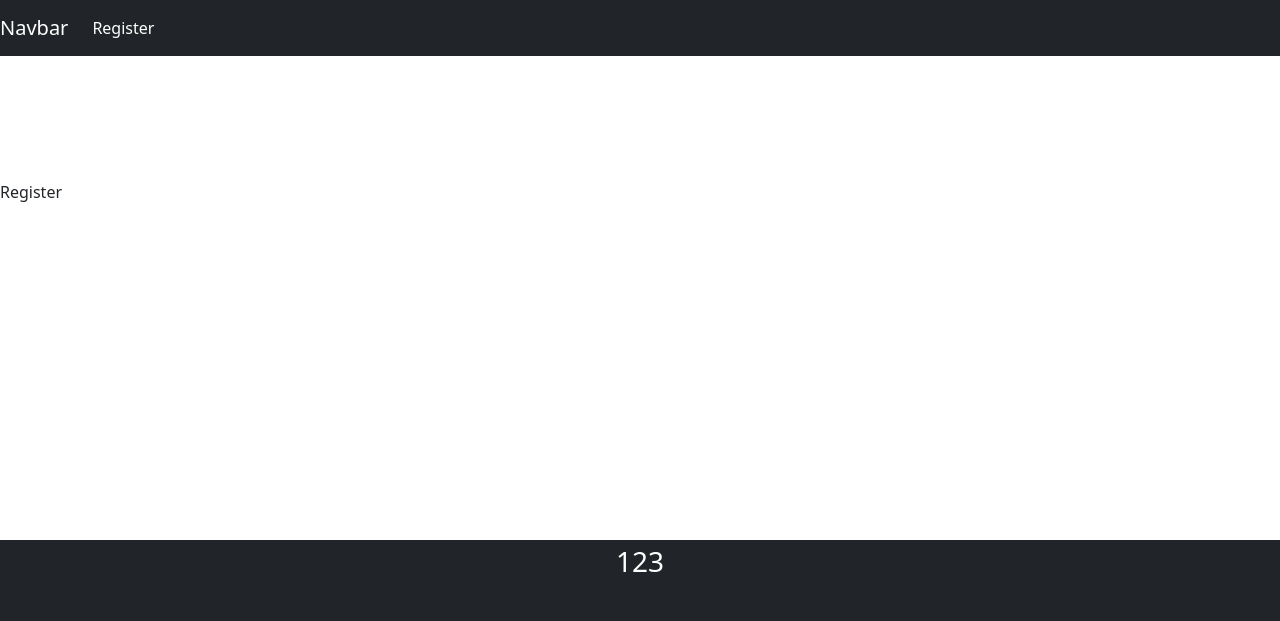
Repository: KhoiNguyen77/react-capstone
Page: /register
These files come from the project's save history. The page is drawn as it stood at one moment and after the next save; the edit follows.
The browser window is 1280 px wide. The pictures show the whole page.
The project was rebuilt for these pictures with package versions that can differ from the ones it lists, and the page was loaded fresh each time.

Above is the page before, as saved 2023-06-15 11:46:19.

After the next save:
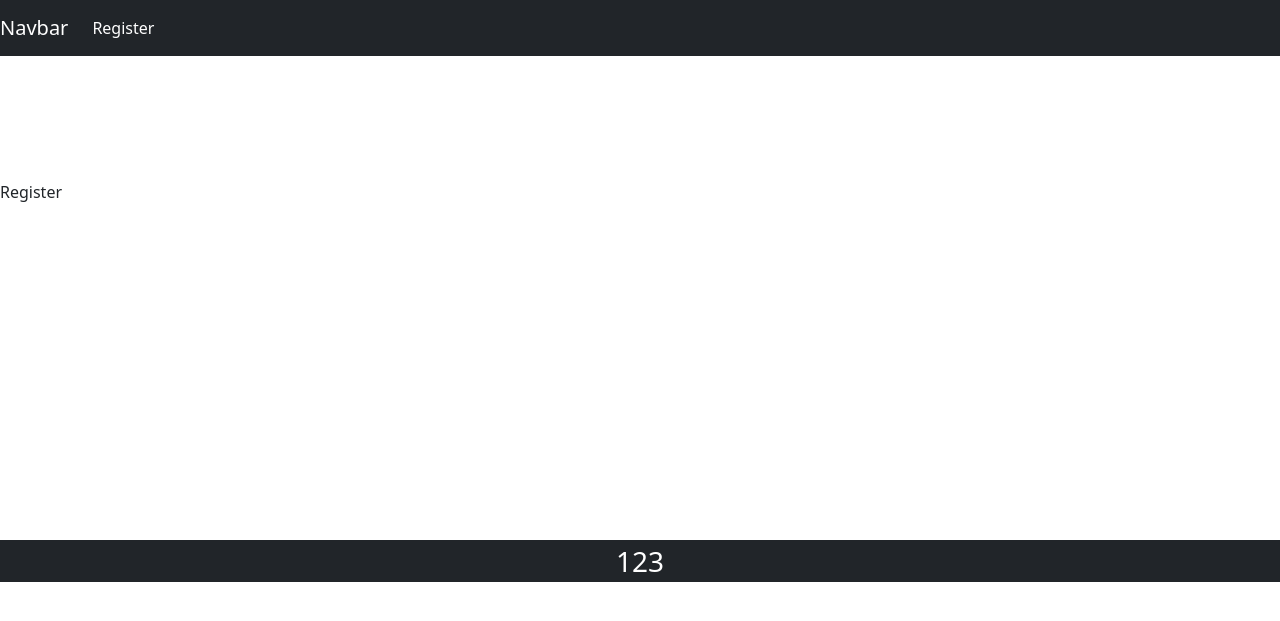
Saved 67 s later.
--- a/src/Template/HomeTemplate.jsx
+++ b/src/Template/HomeTemplate.jsx
@@ -16,7 +16,7 @@
         <div className="content" style={{height: '50vh'}}>
             <Outlet></Outlet>
         </div>
-        <footer className='fs-3 text-center text-white bg-dark' style={{height: '25vh'}}>
+        <footer className='fs-3 text-center text-white bg-dark'>
             123
         </footer>
     </div>

After the save that followed:
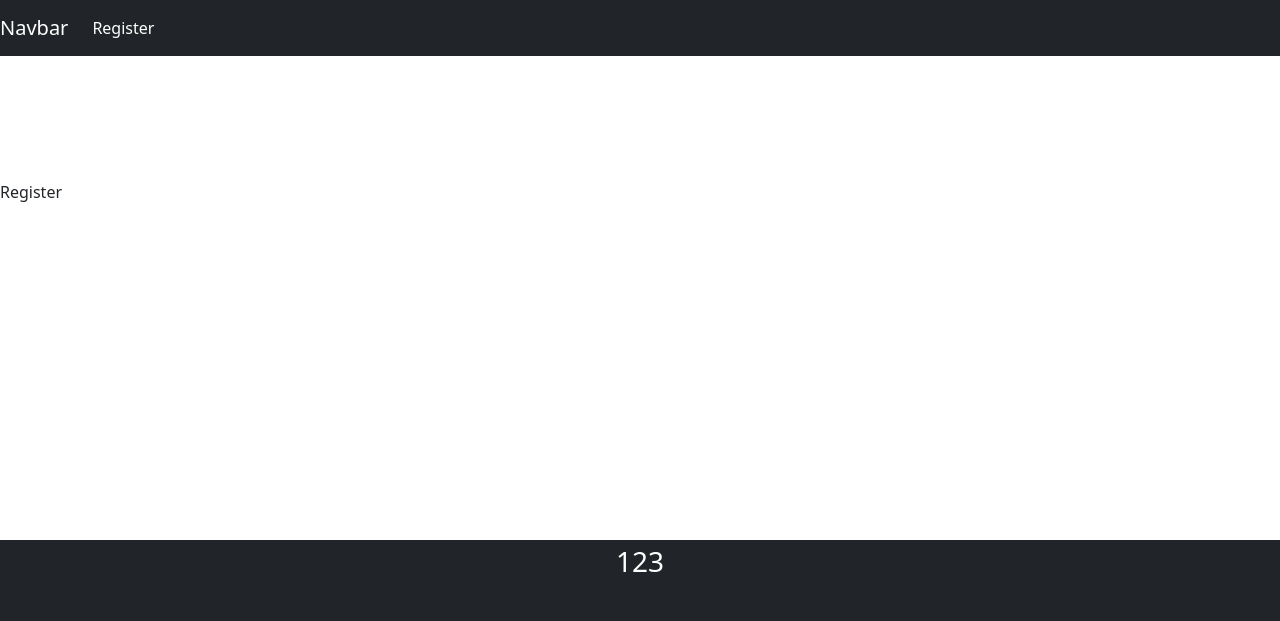
Saved 7 s later.
--- a/src/Template/HomeTemplate.jsx
+++ b/src/Template/HomeTemplate.jsx
@@ -16,7 +16,7 @@
         <div className="content" style={{height: '50vh'}}>
             <Outlet></Outlet>
         </div>
-        <footer className='fs-3 text-center text-white bg-dark'>
+        <footer className='fs-3 text-center text-white bg-dark' style={{height: '25vh'}}>
             123
         </footer>
     </div>
